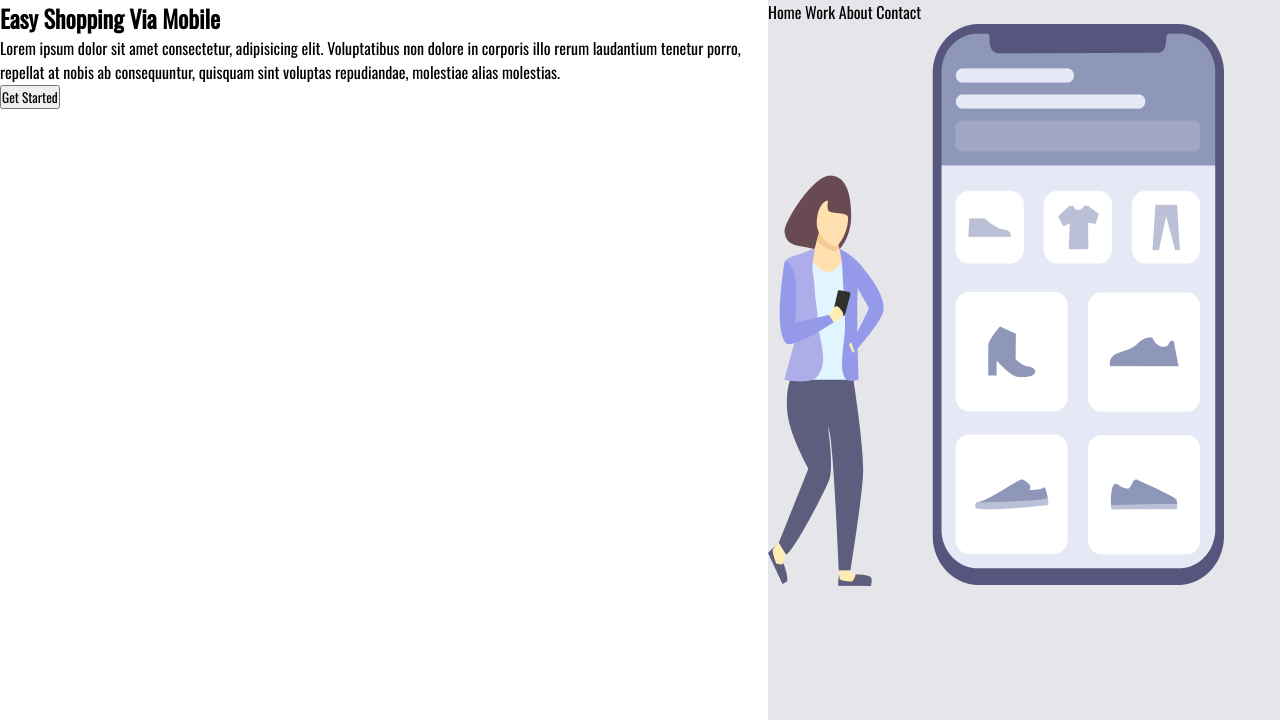
Repository: DihOliver/Projeto-Responsivo
Page: index.html
An editor plug-in stored every save of this project. The page is shown before and after the next save, followed by the edit.
The browser window is 1280 px wide. The pictures show the whole page.
Some web fonts or font styles are not loaded; a fallback is used.

Above is the page before, as saved 2023-06-06 21:59:31.

### index.html
<!DOCTYPE html>
<html lang="en">
  <head>
    <meta charset="UTF-8" />
    <meta http-equiv="X-UA-Compatible" content="IE=edge" />
    <meta name="viewport" content="width=device-width, initial-scale=1.0" />
    <link rel="stylesheet" href="./styles.css" />
    <link rel="preconnect" href="https://fonts.googleapis.com" />
    <link rel="preconnect" href="https://fonts.gstatic.com" crossorigin />
    <link
      href="https://fonts.googleapis.com/css2?family=Montserrat:ital,wght@0,500;0,600;0,700;0,900;1,400&family=Oswald&family=Poppins:wght@400;500;700&family=Roboto:wght@400;500;700&family=Tilt+Prism&display=swap"
      rel="stylesheet"
    />
    <title>Css - Responsividade</title>
  </head>
  <body>
    <div class="wrapper">
      <section class="container-left">
        <h1>Easy Shopping Via Mobile</h1>
        <p>
          Lorem ipsum dolor sit amet consectetur, adipisicing elit. Voluptatibus
          non dolore in corporis illo rerum laudantium tenetur porro, repellat
          at nobis ab consequuntur, quisquam sint voluptas repudiandae,
          molestiae alias molestias.
        </p>
        <button>Get Started</button>
      </section>
      <section class="container-rigth">
        <header>
          <a>Home</a>
          <a>Work</a>
          <a>About</a>
          <a>Contact</a>
        </header>
        <img alt="Girl=cellphone.png" src="./img/girl-cellphone.png" />
      </section>
    </div>
  </body>
</html>

### styles.css
*{
    margin: 0;
    padding: 0;
    box-sizing: border-box;
    font-family: 'Oswald', sans-serif;
}

.wrapper {
    height: 100vh;
    width: 100vw;
}

.container-left {
    display: inline-block;
    width: 60%;

}

.container-rigth {
    display: inline-block;
    background-color: rgba(93,93,125,0.16);
    height: 100vh;
    width: 40% ;
    position: absolute;

}

After the next save:
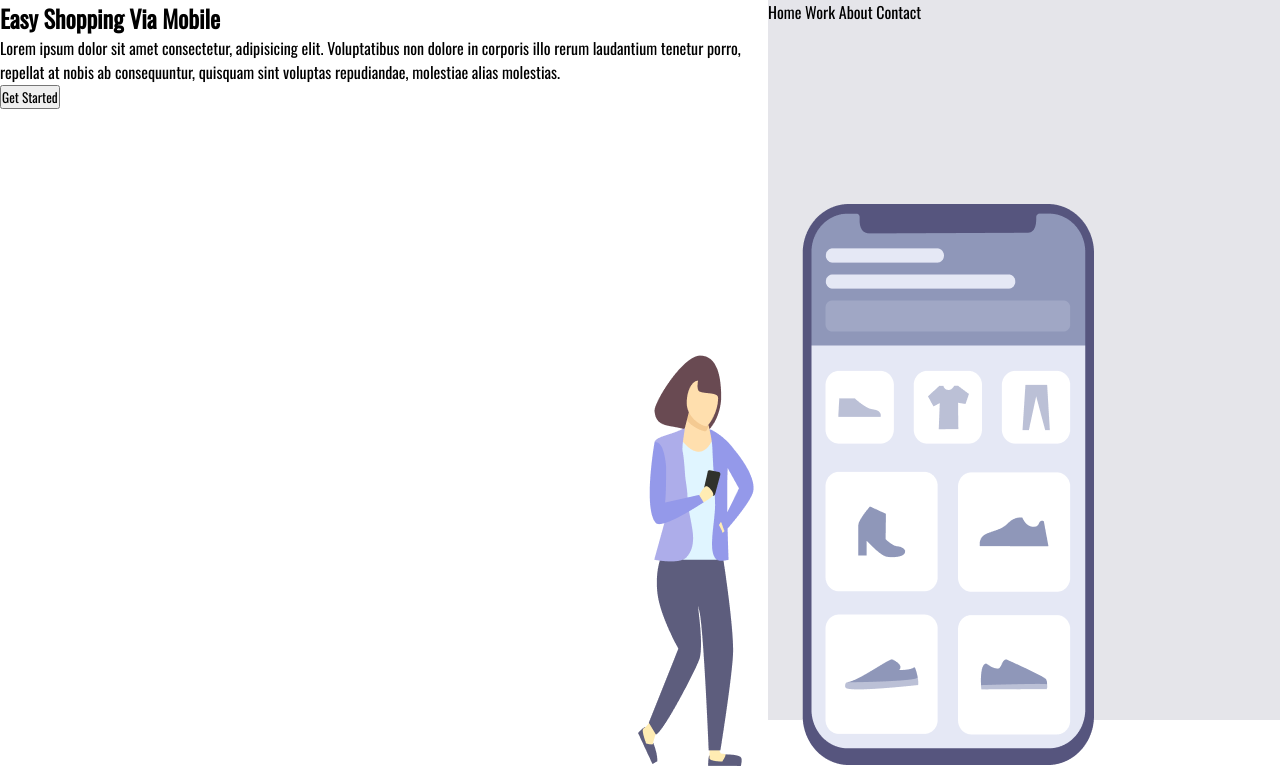
Saved 3 min 59 s later.
--- a/styles.css
+++ b/styles.css
@@ -24,3 +24,10 @@
     position: absolute;
 
 }
+
+img {
+    position: relative;
+    top: 25%;
+    right: 130px;
+}
+}
